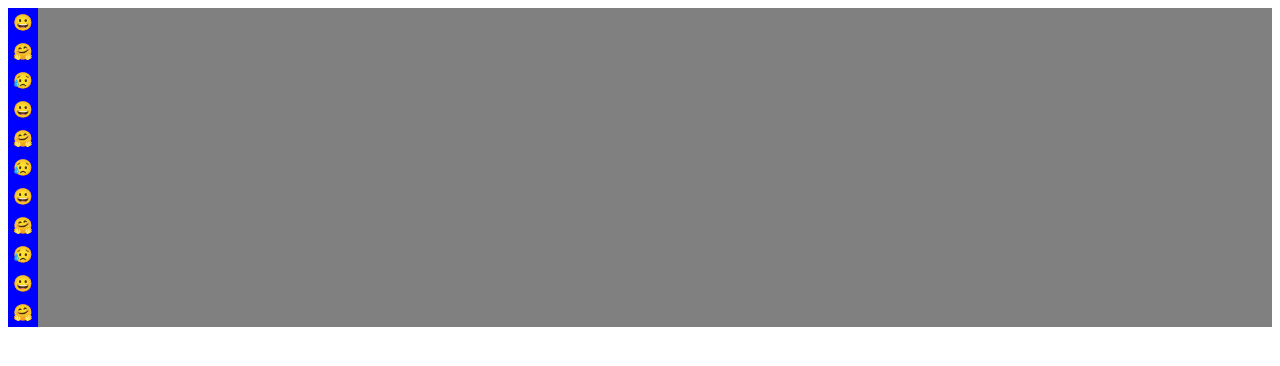
Repository: Sarah7223/internet-programming-tp
Page: TP1/ex4.html
These files come from the project's save history. The page is drawn as it stood at one moment and after the next save; the edit follows.
The browser window is 1280 px wide. The pictures show the whole page.

Above is the page before, as saved 2022-12-23 15:04:11.

### TP1/ex4.html
<html>
    <head>
        <style>
            .row-wrapper{
                width: 100%;
                background-color: grey;
                display: flex;
                flex-direction: column;
                align-content:space-between ;
                align-items: stretch;
                flex-wrap: wrap;
                background-color: grey;
            }
            .column-wrapper{

                align-content:space-between ;
            }
            .box{
                background-color: blue;
                padding: 5px;

                text-align: center;
            }
        </style>
    </head>
    <body>
        <div class="row-wrapper">
            <div class="column-wrapper">
                <div class="box">&#x1F600;</div>
                <div class="box">&#x1F917;</div>
                <div class="box">&#x1F625;</div>
            </div>

            <div class="column-wrapper">
                <div class="box">&#x1F600;</div>
                <div class="box">&#x1F917;</div>
                <div class="box">&#x1F625;</div>
            </div>
            <div class="column-wrapper">
                <div class="box">&#x1F600;</div>
                <div class="box">&#x1F917;</div>
                <div class="box">&#x1F625;</div>
            </div>
            <div class="column-wrapper">
                <div class="box">&#x1F600;</div>
                <div class="box">&#x1F917;</div>
            </div>
        </div>
    </body>
</html>

After the next save:
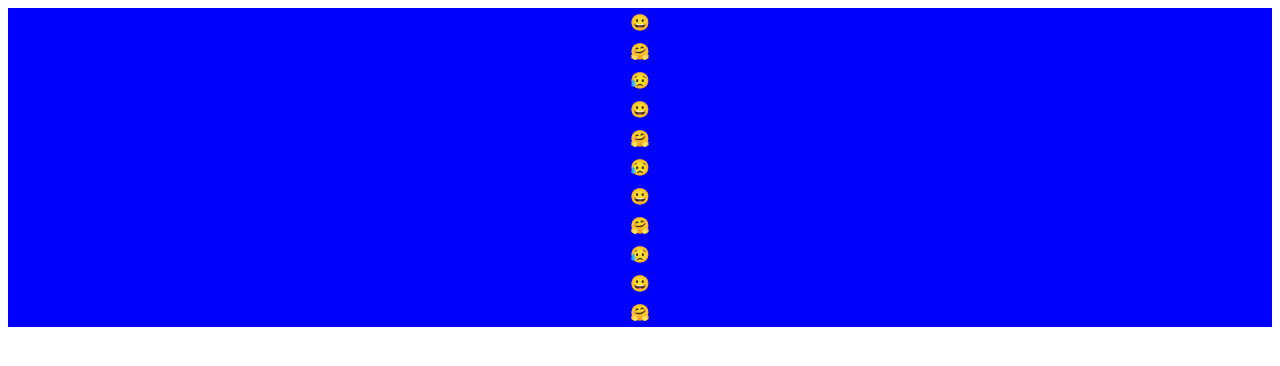
Saved 70 s later.
--- a/TP1/ex4.html
+++ b/TP1/ex4.html
@@ -6,9 +6,7 @@
                 background-color: grey;
                 display: flex;
                 flex-direction: column;
-                align-content:space-between ;
-                align-items: stretch;
-                flex-wrap: wrap;
+
                 background-color: grey;
             }
             .column-wrapper{
